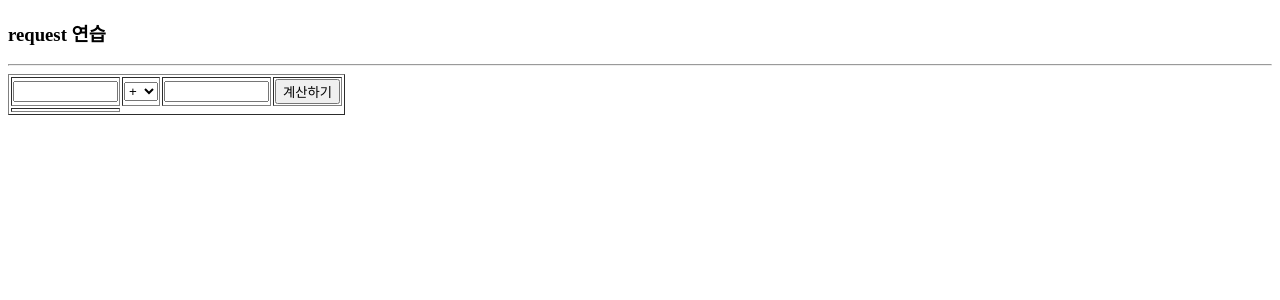
Repository: kyw0300/HighJava
Page: http://localhost/webTest/basic/reqNresp/requestTest02.jsp
An editor plug-in stored every save of this project. The page is shown before and after the next save, followed by the edit.
The browser window is 1280 px wide. The pictures show the whole page.
The page is served by Tomcat 9.

Above is the page before, as saved 2023-03-28 03:36:47.

After the next save:
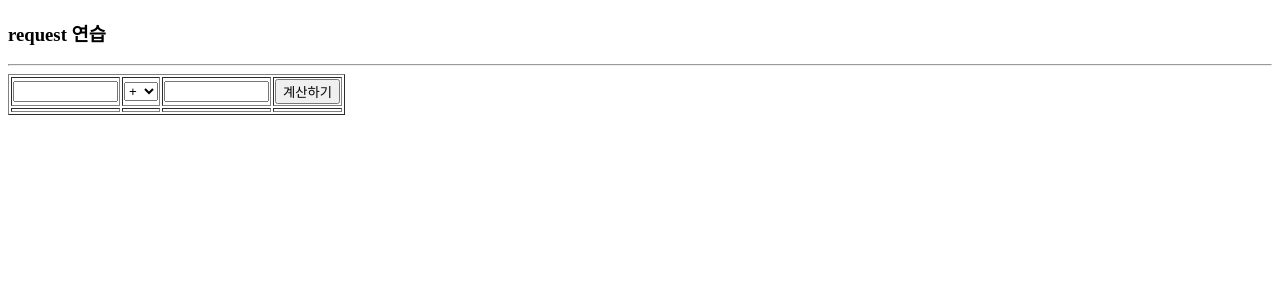
Saved 35 s later.
--- a/workspace/webTest/src/main/webapp/basic/reqNresp/requestTest02.jsp
+++ b/workspace/webTest/src/main/webapp/basic/reqNresp/requestTest02.jsp
@@ -37,6 +37,9 @@
 		</tr>
 		<tr>
 			<td></td>
+			<td></td>
+			<td></td>
+			<td></td>
 		</tr>
 	</table>
 </form>
